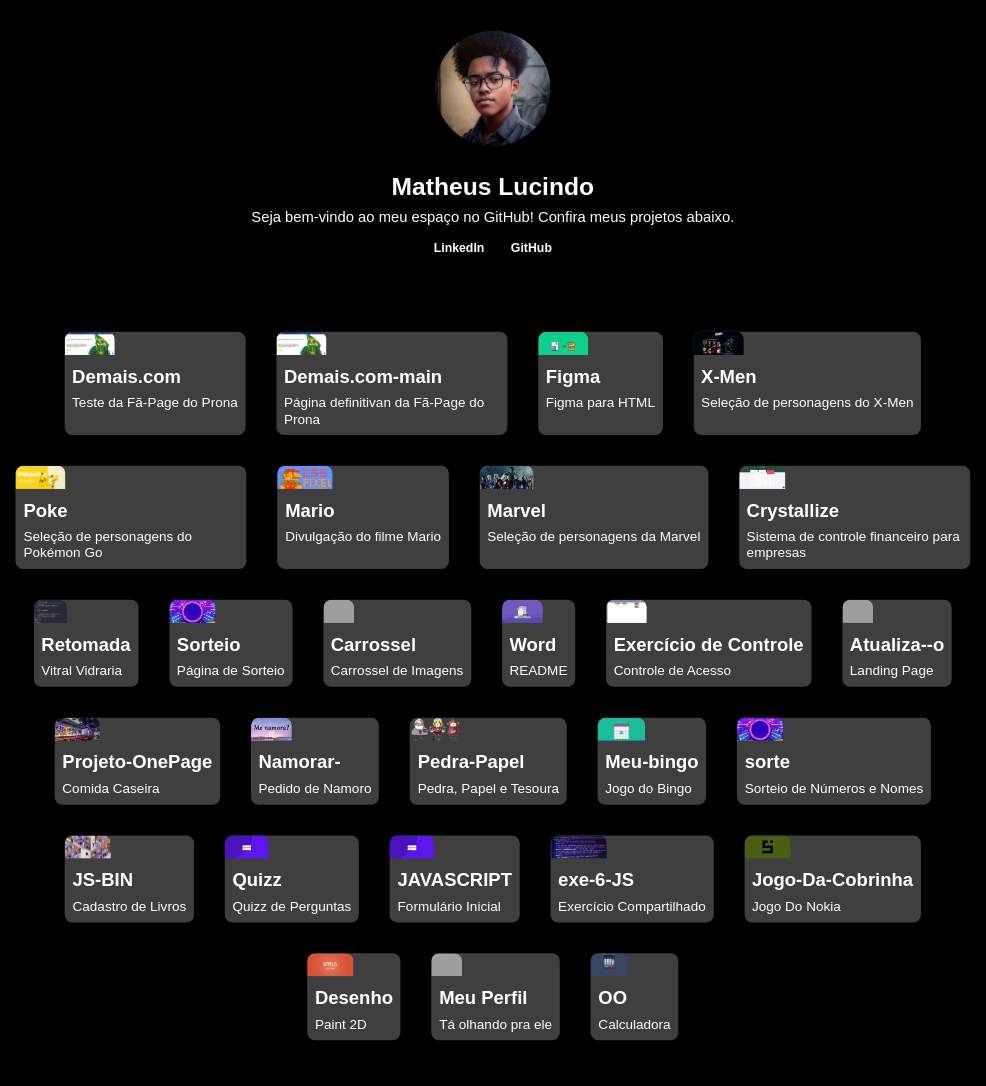
Repository: Matheus904-12/Meu-Perfil
Page: index.html
An editor plug-in stored every save of this project. The page is shown before and after the next save, followed by the edit.
The browser window is 1280 px wide. The pictures show the whole page, at 77% of full size.
Pictures or frames that could not be fetched are drawn as grey boxes.

Above is the page before, as saved 2023-09-26 22:05:43.

### index.html
<!DOCTYPE html>
<html lang="en">
<head>
    <meta charset="UTF-8">
    <meta name="viewport" content="width=device-width, initial-scale=1.0">
    <link rel="stylesheet" href="styles.css">
    <link rel="icon" href="p">
    <title>Seu Perfil</title>
</head>
<body>


    <header>
        <img src="IMG_20230326_185729_968.jpg" alt="Sua Foto de Perfil" class="profile-picture">
        <h1>Matheus Lucindo</h1>
        <p>Seja bem-vindo ao meu espaço no GitHub! Confira meus projetos abaixo.</p>
        <div class="social-links">
            <a href="https://www.linkedin.com/in/matheus-lucindo-b35b68190/" target="_blank">LinkedIn</a>
            <a href="https://github.com/Matheus904-12" target="_blank">GitHub</a>
        </div>
    </header>

    <section class="repositories">
        <!-- Os repositórios serão carregados aqui via JavaScript -->
    </section>

    <script src="script.js"></script>
</body>
</html>

### styles.css
/* styles.css */

body {
    font-family: 'Arial', sans-serif;
    margin: 0;
    padding: 0;
    background-color: #000000;
    color: #fff;
    transition: background-color 0.3s, color 0.3s;
}

.profile-picture {
    border-radius: 50%;
    width: 150px;
    height: 150px;
    margin-bottom: 20px;
    object-fit: cover;
}

header {
    text-align: center;
    padding: 40px;
    background-color: #000000;
    box-shadow: 0px 4px 8px rgba(0, 0, 0, 0.1);
}

h1 {
    font-size: 2em;
    margin: 10px 0;
}

p {
    font-size: 1.2em;
    max-width: 800px;
    margin: 0 auto 20px;
}

.social-links {
    margin-top: 20px;
}

.social-links a {
    display: inline-block;
    margin: 0 15px;
    text-decoration: none;
    color: #fff;
    font-weight: bold;
    transition: color 0.3s;
}

.social-links a:hover {
    color: #00aa1a;
}

.repositories {
    display: flex;
    flex-wrap: wrap;
    justify-content: center;
    margin: 40px 0;
}

.repository-card {
    background-color: #3f3f3f;
    border-radius: 10px;
    box-shadow: 0px 4px 8px rgba(0, 0, 0, 0.1);
    margin: 20px;
    max-width: 300px;
    transition: transform 0.3s, box-shadow 0.3s, background-color 0.3s;
    overflow: hidden;
    color: #fff; /* Cor do texto ajustada */
}

.repository-card img {
    border-radius: 10px 10px 0 0;
    max-width: 100%;
    height: auto;
    max-height: 200px;
    object-fit: cover;
    max-height: 30px; /* Adicionado este estilo para limitar a altura dos ícones */
}

.repository-card h3 {
    margin: 10px;
    font-size: 1.5em;
}

.repository-card p {
    margin: 10px;
    font-size: 1.1em;
}

.repository-card:hover {
    transform: scale(1.05);
    box-shadow: 0 8px 16px rgba(128, 0, 128, 0.1);

}

.repository-card a {
    color: #ffffff; /* Defina a cor de texto desejada aqui */
    text-decoration: none; /* Para remover sublinhado dos links */
}

/* Estilos para tablets (largura máxima de 768px) */
@media screen and (max-width: 768px) {
    header {
        padding: 20px;
    }

    .profile-picture {
        width: 100px;
        height: 100px;
        margin-bottom: 10px;
    }

    h1 {
        font-size: 1.5em;
    }

    p {
        font-size: 1em;
    }

    .social-links a {
        margin: 0 10px;
    }

    .repository-card {
        max-width: 250px;
    }

    .repository-card img {
        max-height: 150px;
    }

    .repository-card h3 {
        font-size: 1.2em;
    }

    .repository-card p {
        font-size: 1em;
    }
}

/* Estilos para dispositivos móveis (largura máxima de 480px) */
@media screen and (max-width: 480px) {
    header {
        padding: 10px;
    }

    .profile-picture {
        width: 80px;
        height: 80px;
        margin-bottom: 5px;
    }

    h1 {
        font-size: 1.2em;
    }

    p {
        font-size: 0.9em;
    }

    .social-links a {
        margin: 0 5px;
    }

    .repository-card {
        max-width: 200px;
    }

    .repository-card img {
        max-height: 120px;
    }

    .repository-card h3 {
        font-size: 1em;
    }

    .repository-card p {
        font-size: 0.8em;
    }
}

### script.js
document.addEventListener('DOMContentLoaded', function() {
    const repositories = [
        {
            name: 'Demais.com',
            description: 'Teste da Fã-Page do Prona',
            coverImage: 'Demais.com.jpg',
            languages: []
        },
        {
            name: 'Demais.com-main',
            description: 'Página definitivan da Fã-Page do Prona',
            coverImage: 'Demais.com.jpg',
            languages: []
        },
        {
            name: 'Figma',
            description: 'Figma para HTML',
            coverImage: 'Figma_to_html_1.png',
            languages: []
        },
        {
            name: 'X-Men',
            description: 'Seleção de personagens do X-Men',
            coverImage: 'xmen.png',
            languages: []
        },
        {
            name: 'Poke',
            description: 'Seleção de personagens do Pokémon Go',
            coverImage: 'pokemon-slider.png',
            languages: []
        },
        {
            name: 'Mario',
            description: 'Divulgação do filme Mario',
            coverImage: 'css-pixel-art.png',
            languages: []
        },
        {
            name: 'Marvel',
            description: 'Seleção de personagens da Marvel',
            coverImage: 'marvel.jpg',
            languages: []
        },
        {
            name: 'Crystallize',
            description: 'Sistema de controle financeiro para empresas',
            coverImage: 'sis.png',
            languages: []
        },
        {
            name: 'Retomada',
            description: 'Vitral Vidraria',
            coverImage: 'retom.png',
            languages: []
        },
        {
            name: 'Sorteio',
            description: 'Página de Sorteio',
            coverImage: 'sorteio.jpg',
            languages: []
        },
        {
            name: 'Carrossel',
            description: 'Carrossel de Imagens',
            coverImage: 'car.jpg',
            languages: []
        },
        {
            name: 'Word',
            description: 'README',
            coverImage: 'como-fazer-um-bom-readme-preview.png',
            languages: []
        },
        {
            name: 'Exercício de Controle',
            description: 'Controle de Acesso',
            coverImage: 'control.png',
            languages: []
        },
        {
            name: 'Atualiza--o',
            description: 'Landing Page',
            coverImage: 'landing.png',
            languages: []
        },
        {
            name: 'Projeto-OnePage',
            description: 'Comida Caseira',
            coverImage: 'restaurante.jpeg',
            languages: []
        },
        {
            name: 'Namorar-',
            description: 'Pedido de Namoro',
            coverImage: 'namorar.jpg',
            languages: []
        },
        {
            name: 'Pedra-Papel',
            description: 'Pedra, Papel e Tesoura',
            coverImage: 'jokenpo.png',
            languages: []
        },
        {
            name: 'Meu-bingo',
            description: 'Jogo do Bingo',
            coverImage: 'bingo.jpg',
            languages: []
        },
        {
            name: 'sorte',
            description: 'Sorteio de Números e Nomes',
            coverImage: 'sorteio.jpg',
            languages: []
        },
        {
            name: 'JS-BIN',
            description: 'Cadastro de Livros',
            coverImage: 'bibliotecas.png',
            languages: []
        },
        {
            name: 'Quizz',
            description: 'Quizz de Perguntas',
            coverImage: 'a-guide-to-html-css-forms-no-hacks.jpg',
            languages: []
        },
        {
            name: 'JAVASCRIPT',
            description: 'Formulário Inicial',
            coverImage: 'a-guide-to-html-css-forms-no-hacks.jpg',
            languages: []
        },
        {
            name: 'exe-6-JS',
            description: 'Exercício Compartilhado',
            coverImage: 'comp.png',
            languages: []
        },
        {
            name: 'Jogo-Da-Cobrinha',
            description: 'Jogo Do Nokia',
            coverImage: 'cobrinha.png',
            languages: []
        },
        {
            name: 'Desenho',
            description: 'Paint 2D',
            coverImage: '20151220031246_canvas.png',
            languages: []
        },
        {
            name: 'Meu Perfil',
            description: 'Tá olhando pra ele',
            coverImage: 'perfi.png',
            languages: []
        },
        {
            name: 'OO',
            description: 'Calculadora',
            coverImage: 'leva.jpg',
            languages: []
        },


    ];

    const repositoriesSection = document.querySelector('.repositories');

    repositories.forEach(repository => {
        const card = document.createElement('div');
        card.classList.add('repository-card');

        const languagesIcons = repository.languages.map(lang => `<img src="${lang.toLowerCase()}.png" alt="${lang}">`).join('');

        card.innerHTML = `
            <a href="${repository.link}" target="_blank">
                <div class="card-border">
                    <img src="${repository.coverImage}" alt="Capa do Repositório">
                </div>
                <h3>${repository.name}</h3>
                <p>${repository.description}</p>
                <div class="languages">${languagesIcons}</div>
            </a>
        `;

        card.addEventListener('click', function() {
            card.classList.toggle('selected');
        });

        repositoriesSection.appendChild(card);
    });
});

After the next save:
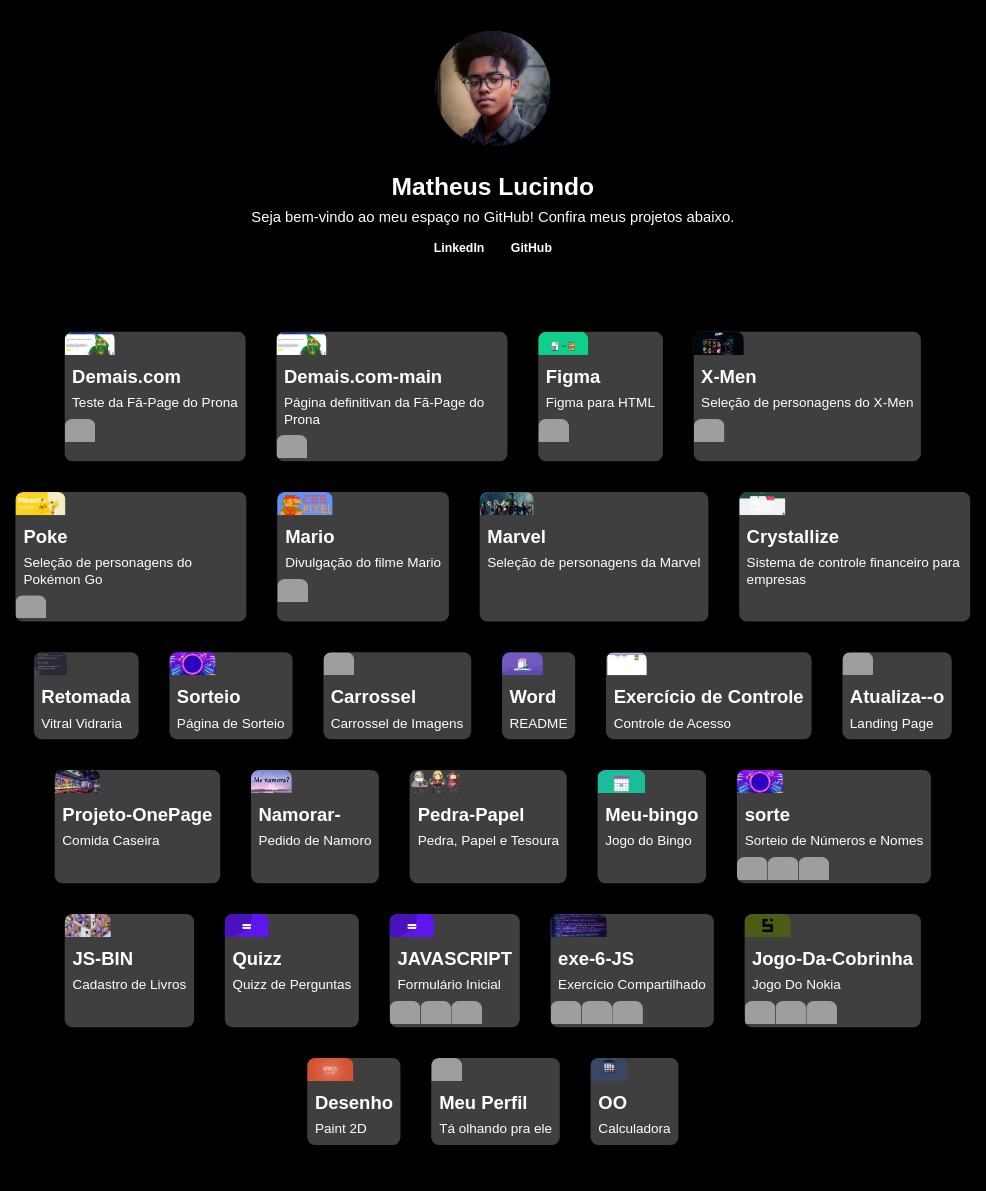
Saved 40 s later.
--- a/script.js
+++ b/script.js
@@ -4,37 +4,37 @@
             name: 'Demais.com',
             description: 'Teste da Fã-Page do Prona',
             coverImage: 'Demais.com.jpg',
-            languages: []
+            languages: ['']
         },
         {
             name: 'Demais.com-main',
             description: 'Página definitivan da Fã-Page do Prona',
             coverImage: 'Demais.com.jpg',
-            languages: []
+            languages: ['']
         },
         {
             name: 'Figma',
             description: 'Figma para HTML',
             coverImage: 'Figma_to_html_1.png',
-            languages: []
+            languages: ['']
         },
         {
             name: 'X-Men',
             description: 'Seleção de personagens do X-Men',
             coverImage: 'xmen.png',
-            languages: []
+            languages: ['']
         },
         {
             name: 'Poke',
             description: 'Seleção de personagens do Pokémon Go',
             coverImage: 'pokemon-slider.png',
-            languages: []
+            languages: ['']
         },
         {
             name: 'Mario',
             description: 'Divulgação do filme Mario',
             coverImage: 'css-pixel-art.png',
-            languages: []
+            languages: ['']
         },
         {
             name: 'Marvel',
@@ -112,7 +112,7 @@
             name: 'sorte',
             description: 'Sorteio de Números e Nomes',
             coverImage: 'sorteio.jpg',
-            languages: []
+            languages: ['HTML', 'CSS', 'JS']
         },
         {
             name: 'JS-BIN',
@@ -130,19 +130,19 @@
             name: 'JAVASCRIPT',
             description: 'Formulário Inicial',
             coverImage: 'a-guide-to-html-css-forms-no-hacks.jpg',
-            languages: []
+            languages: ['HTML', 'CSS', 'JS']
         },
         {
             name: 'exe-6-JS',
             description: 'Exercício Compartilhado',
             coverImage: 'comp.png',
-            languages: []
+            languages: ['HTML', 'CSS', 'JS']
         },
         {
             name: 'Jogo-Da-Cobrinha',
             description: 'Jogo Do Nokia',
             coverImage: 'cobrinha.png',
-            languages: []
+            languages: ['HTML', 'CSS', 'JS']
         },
         {
             name: 'Desenho',
